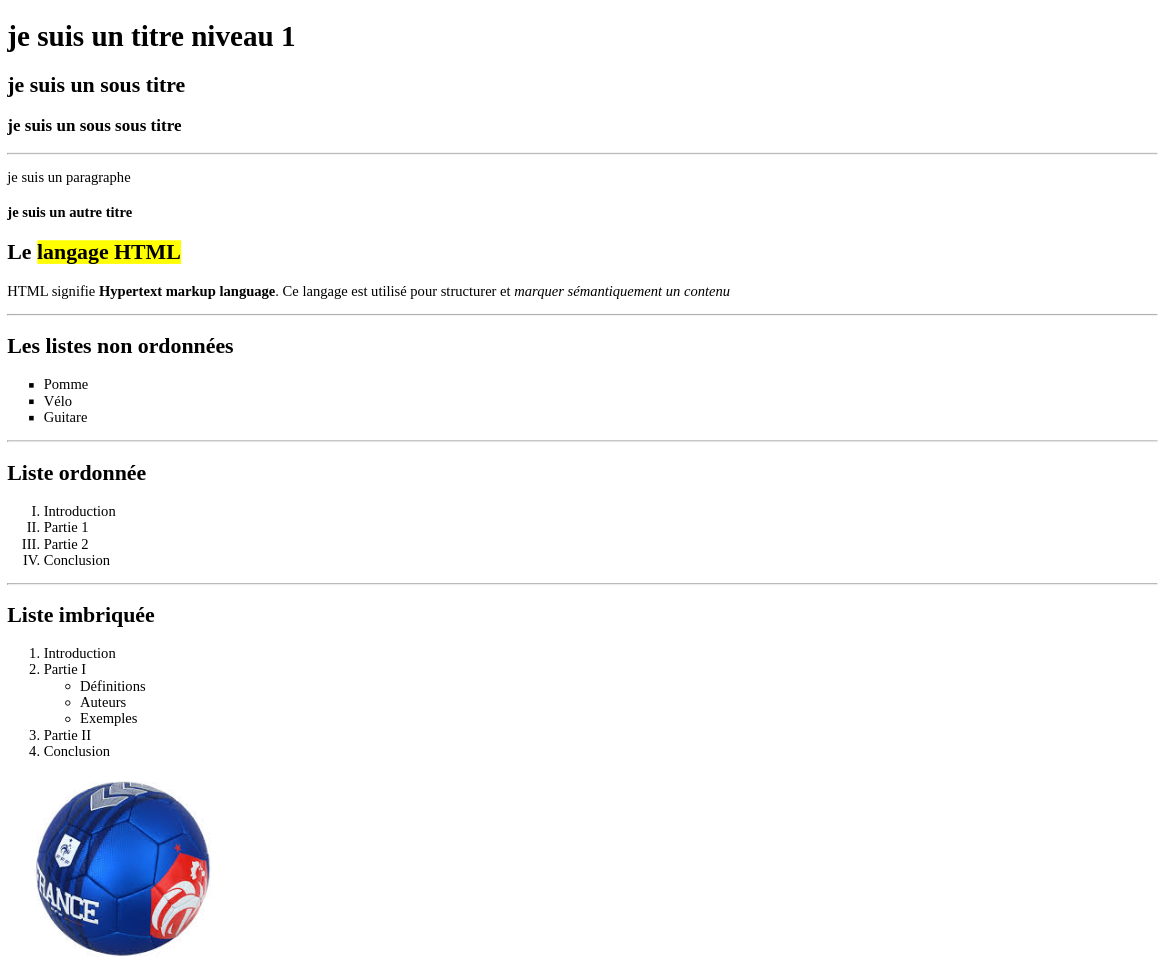
Repository: serviceshuios/Git-Aix-Web
Page: bases-html/WebContent/index.html
An editor plug-in stored every save of this project. The page is shown before and after the next save, followed by the edit.
The browser window is 1280 px wide. The pictures show the whole page, at 91% of full size.

Above is the page before, as saved 2018-10-22 10:41:51.

After the next save:
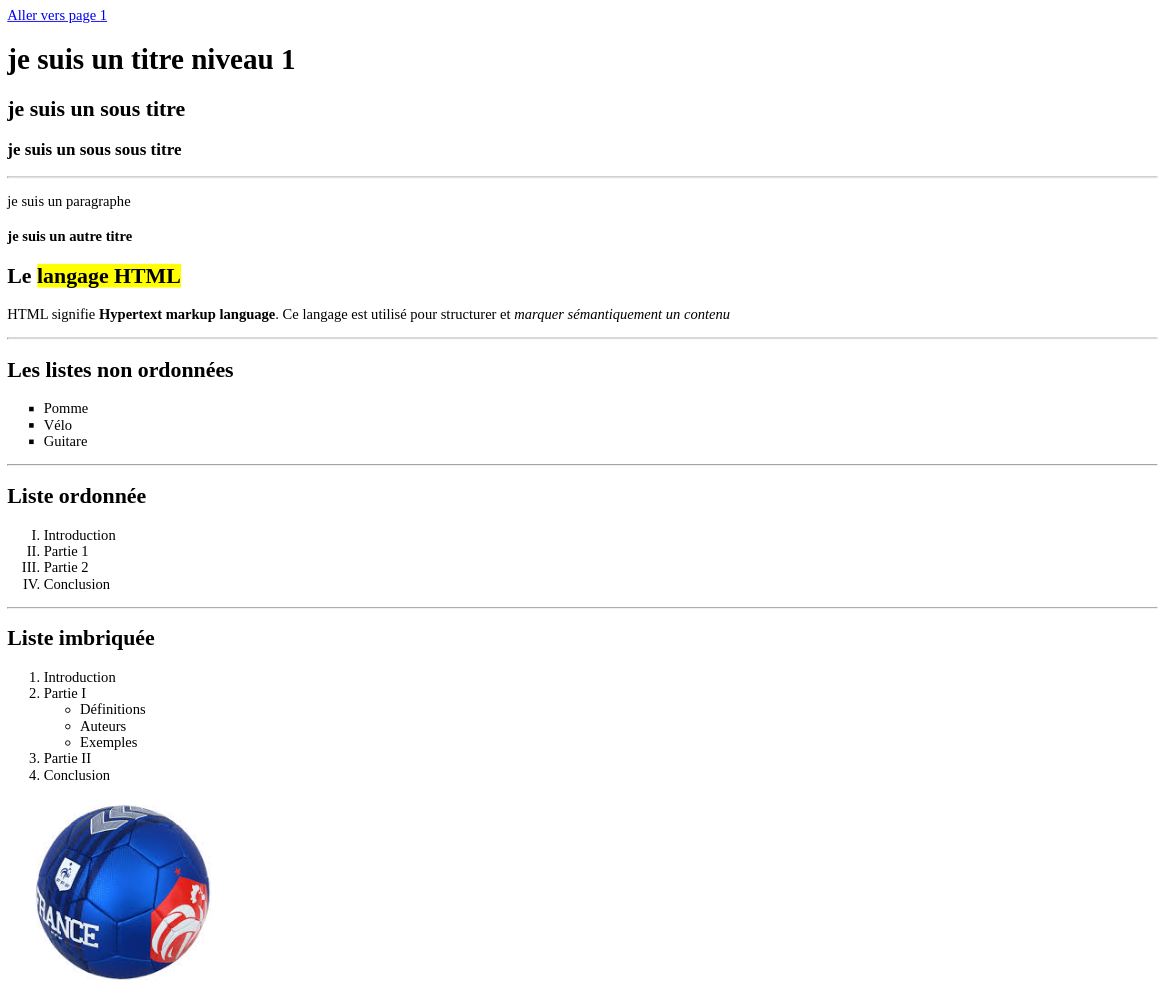
Saved 3 min 18 s later.
--- a/bases-html/WebContent/index.html
+++ b/bases-html/WebContent/index.html
@@ -5,6 +5,7 @@
 		<title>BASES HTML</title>
 	</head>
 	<body>
+		<a href="page1.html">Aller vers page 1</a>
 		<!-- je suis un commentaire -->
 		<h1>je suis un titre niveau 1</h1>
 		<h2>je suis un sous titre</h2>
